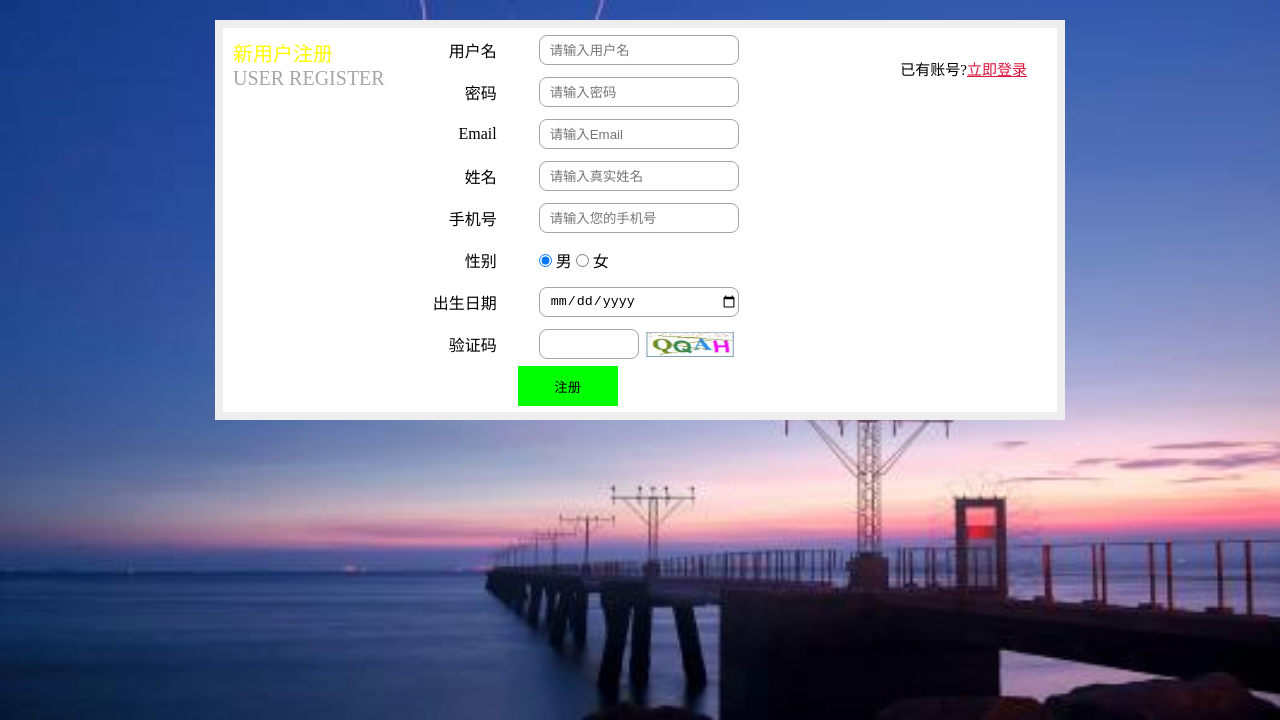
Repository: eheihaha2/whoisthespy-
Page: webDemo/WebContent/register.html
An editor plug-in stored every save of this project. The page is shown before and after the next save, followed by the edit.
The browser window is 1280 px wide. The pictures show the whole page.

Above is the page before, as saved 2020-02-25 07:32:02.

After the next save:
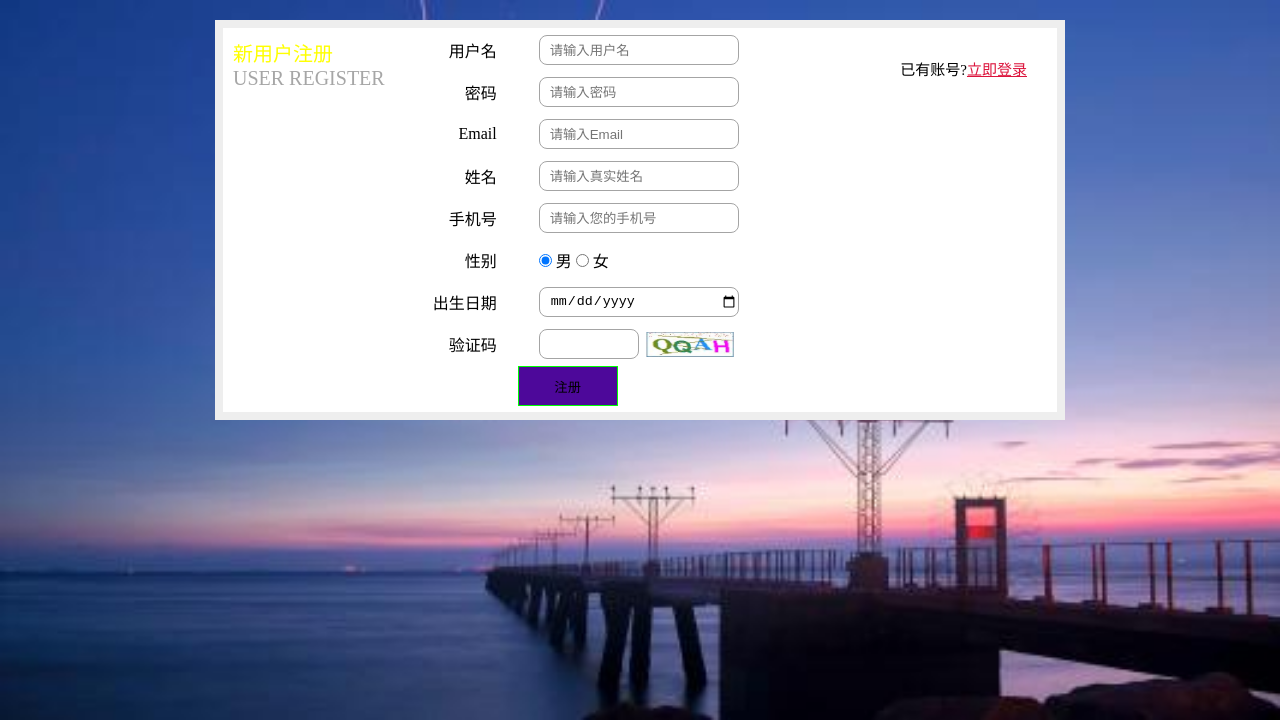
Saved 15 min 56 s later.
--- a/webDemo/WebContent/css/register.css
+++ b/webDemo/WebContent/css/register.css
@@ -93,7 +93,7 @@ body {
 }
 #btn_sub{
     /*注册按钮*/
-    background: lime;
+    background: #4d089a;
     width: 100px;
     height: 40px;
     border: 1px solid lime ;
